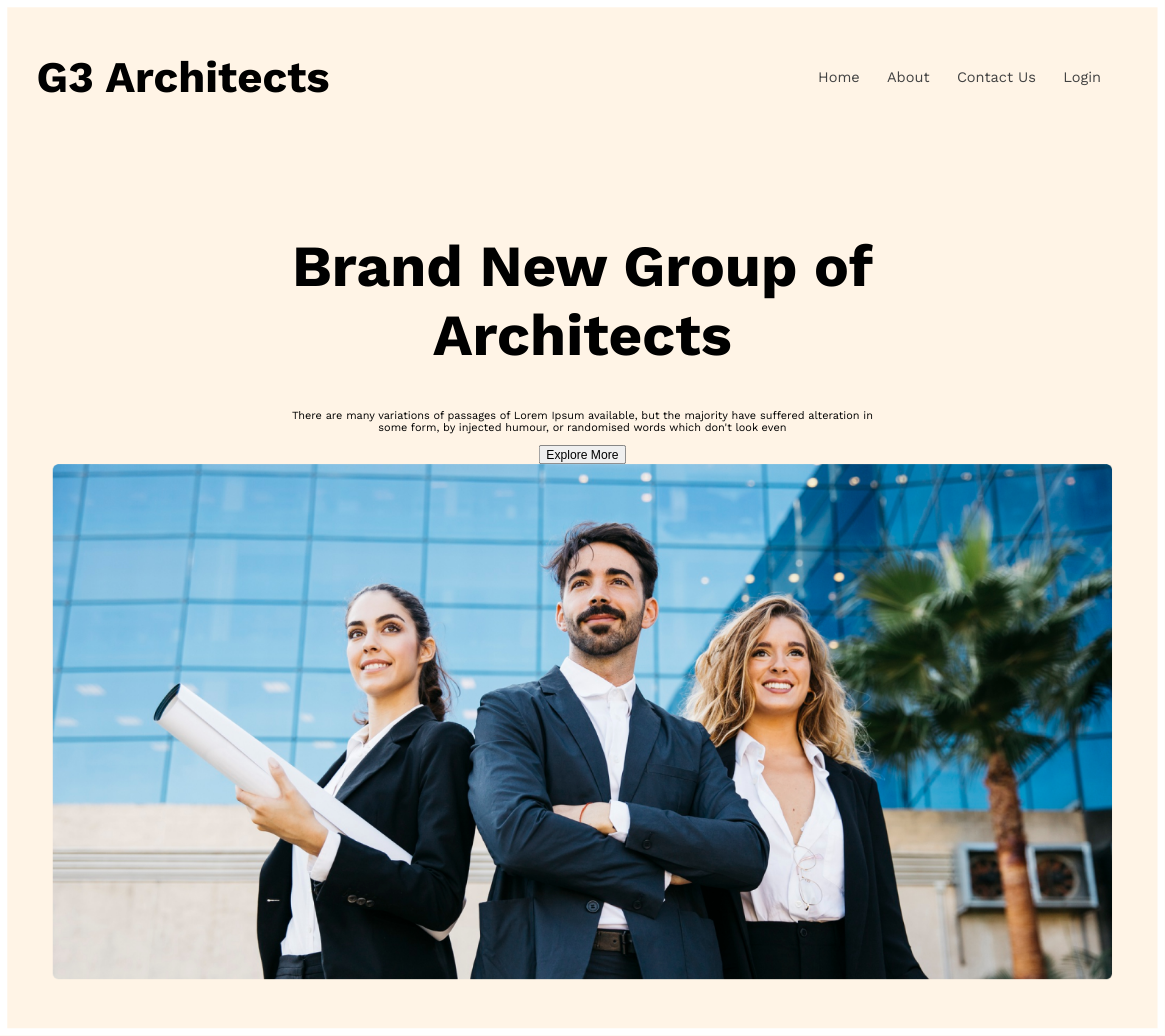
Repository: dollyrakhe22/g3-architects-website
Page: index.html
An editor plug-in stored every save of this project. The page is shown before and after the next save, followed by the edit.
The browser window is 1280 px wide. The pictures show the whole page, at 91% of full size.

Above is the page before, as saved 2025-07-20 15:39:29.

### index.html
<!DOCTYPE html>
<html lang="en">
<head>
    <meta charset="UTF-8">
    <meta name="viewport" content="width=device-width, initial-scale=1.0">
    <title>Architects Website</title>
    <link rel="stylesheet" href="style.css">
</head>
<body class="work-sans-font">
   <header>
     <header class="bg-light">
           <nav class="navbar  display-flex">
             <h3 class="brand">G3 Architects</h3>
             <ul class="nav-links display-flex">
              <li class="nav-item"><a href="" class="nav-link text-gray ">Home</a></li>
              <li class="nav-item"><a href="" class="nav-link text-gray ">About</a></li>
              <li class="nav-item"><a href="" class="nav-link text-gray ">Contact Us</a></li>
              <li class="nav-item"><a href="" class="nav-link text-gray ">Login</a></li>
             </ul>
           </nav>
           <div class="banner">
          <div class="banner-content">
              <h1 class="banner-title">Brand New Group of Architects </h1>
              <p class="banner-description">There are many variations of passages of Lorem Ipsum available, but the majority have suffered alteration in some form, by injected humour,
              or randomised words which don't look even</p>
            <button>Explore More</button>
          </div>
            <img class="banner-img" src="images/banner.png" alt="" srcset="">
           </div>
    </header>
   </header>


   <main>
   </main>
    <footer>

    </footer>
</body>
</html>

### style.css
@import url('https://fonts.googleapis.com/css2?family=Work+Sans:ital,wght@0,100..900;1,100..900&display=swap');

.work-sans-font {
  font-family: "Work Sans", sans-serif;
  font-optical-sizing: auto;
  font-weight: 400px;
  font-style: normal;
}
/*shared styles*/
.display-flex{
  display: flex;
}
/*dark 02*/
.text-gray{
  color: #424242;
}
/*dark 03*/
.text-light-gray{
  color:#727272;
}
.navbar{
  justify-content: space-between;
  align-items: center;
}
.bg-light{
  background-color: rgba(255, 144, 14, 0.1);
}
.brand{
  font-weight: 700;
  font-size: 3rem;
}
/*header styles*/


/*navbar related styles*/
.navbar{
  display: flex;
}
.nav-item{
  list-style: none;
  margin-right: 30px;
}
.nav-link{
  text-decoration: none;
  font-size: 500;
}
.navbar,.banner {
  max-width: 1200px;
  margin: 0 auto;

}


/*banner related styles*/
.banner-content{
  max-width: 650px;
  margin: 0 auto;
  text-align: center;
}
.banner{
  padding: 50px;

}
.banner-img{
  width: 100%;
}
.banner-title{
  font-weight: 700;
  font-size: 4rem;
}
.banner-description{
  font-size: 12px;
}

After the next save:
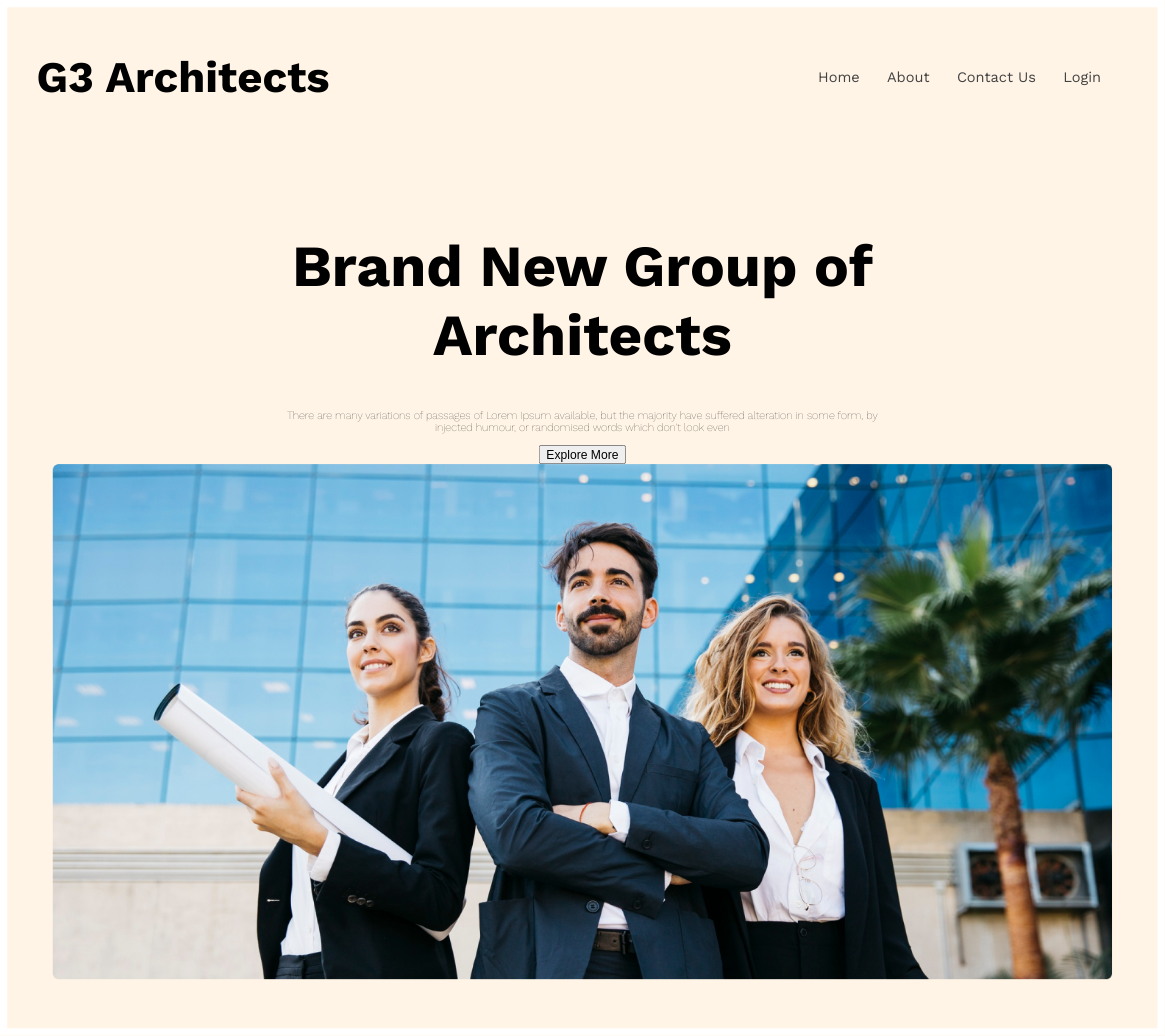
Saved 20 min 52 s later.
--- a/style.css
+++ b/style.css
@@ -70,4 +70,5 @@
 }
 .banner-description{
   font-size: 12px;
+  font-weight: 100;
 }

After the save that followed:
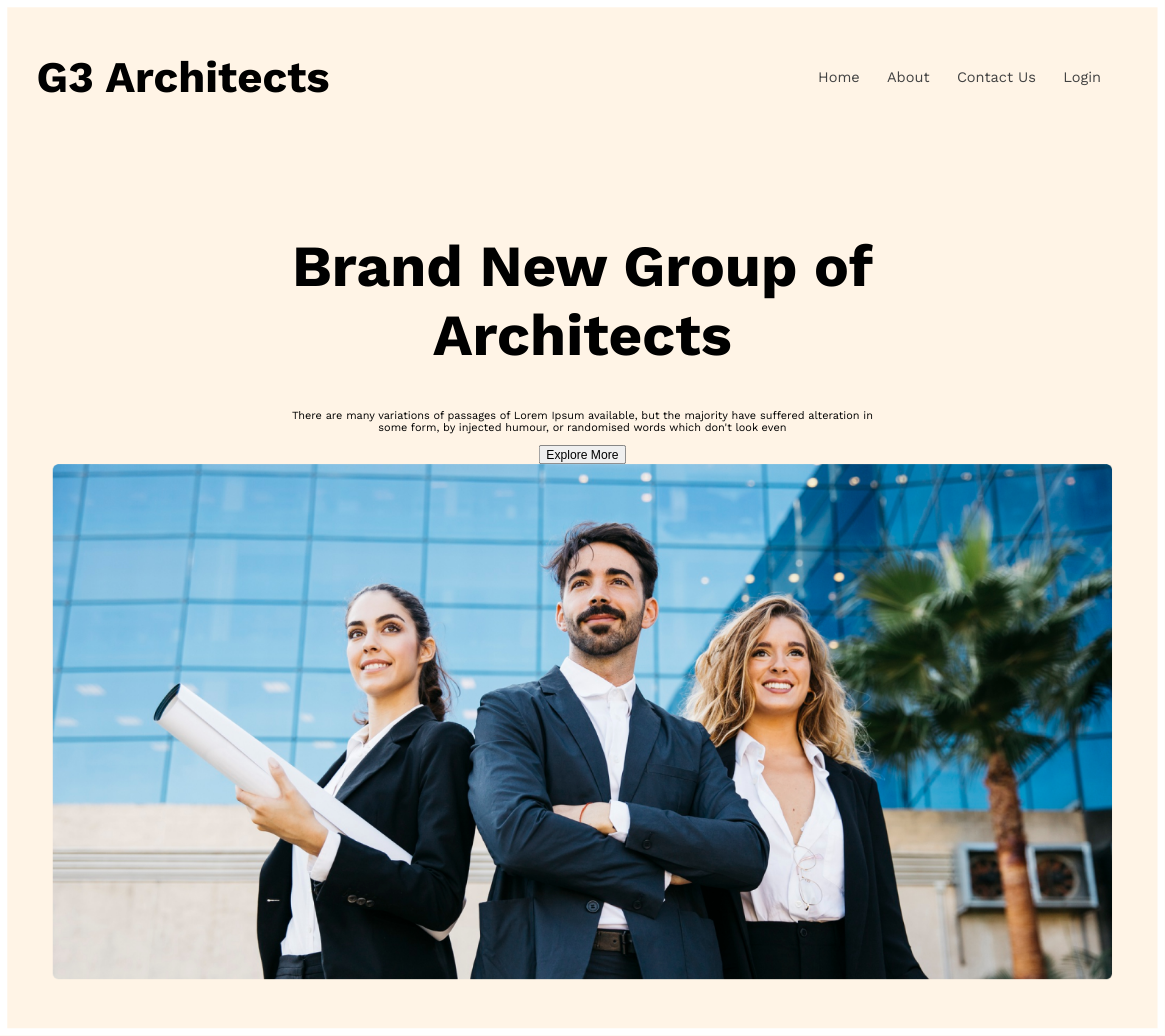
Saved 43 s later.
--- a/style.css
+++ b/style.css
@@ -70,5 +70,5 @@
 }
 .banner-description{
   font-size: 12px;
-  font-weight: 100;
+  font-weight: 400;
 }
